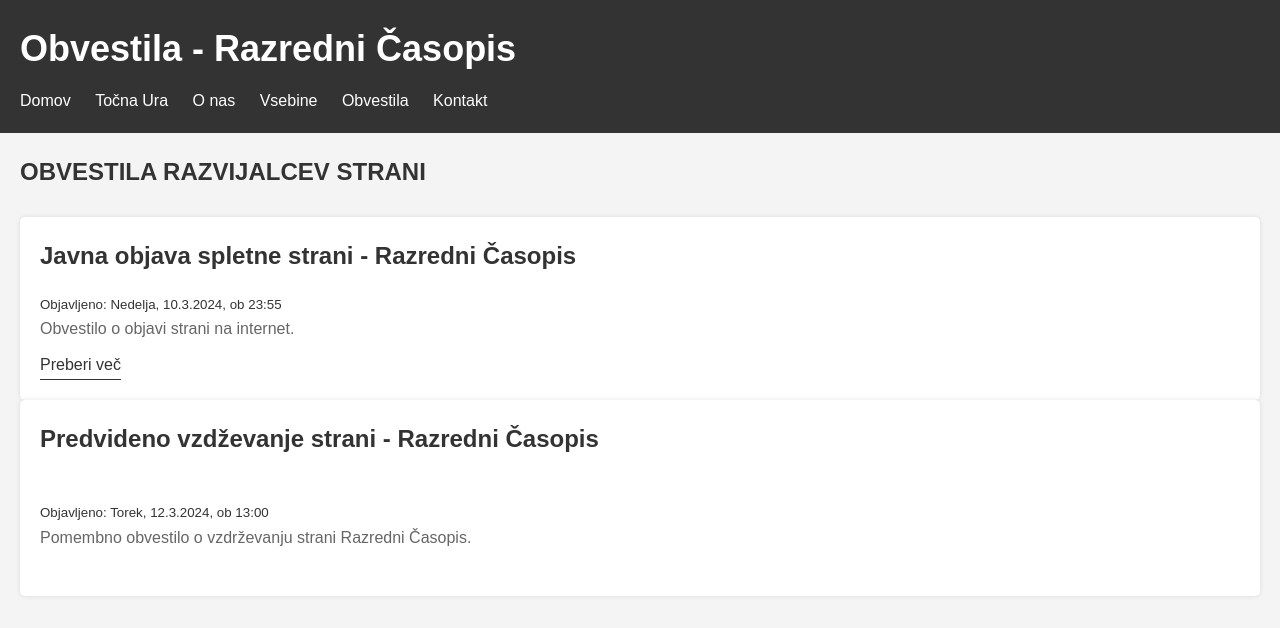
Repository: razrednicasopis/razrednicasopis.github.io
Page: Resources/obvestila.html
These files come from the project's save history. The page is drawn as it stood at one moment and after the next save; the edit follows.
The browser window is 1280 px wide. The pictures show the whole page.

Above is the page before, as saved 2024-03-12 13:00:17.
Console error: ReferenceError: maintenanceMode is not defined

### Resources/obvestila.html
<!DOCTYPE html>
    <html lang="eu">
        <head>
            <meta charset="UTF-8">
            <meta name="viewport" content="width=device-width, initial-scale=1.0">
            <title>Obvestila</title>
            <link rel="stylesheet" href="styless.css">
            <link rel="stylesheet" href="system.css">
        </head>
            <body>


              <div class="blur-container">
                <div id="vrstica">
                    <header>
                      <h1>Obvestila - Razredni Časopis</h1>
                      <nav>
                        <ul>
                          <li><a href="index.html">Domov</a></li>
                          <li><a href="ura.html">Točna Ura</a></li>
                          <li><a href="o-nas.html">O nas</a></li>
                          <li><a href="vsebine.html">Vsebine </a></li>
                          <li><a href="#">Obvestila</a></li>
                          <li><a href="#" class="showPopupLink">Kontakt</a></li>
                        </ul>
                      </nav>
                    </header>
                    </div>



        <main>
          <section class="obvestilnatabla">
            <h1>OBVESTILA RAZVIJALCEV STRANI</h1><br>
              <article>
                <h2>Javna objava spletne strani - Razredni Časopis</h2>
                <small>Objavljeno: Nedelja, 10.3.2024, ob 23:55</small>
                <p>Obvestilo o objavi strani na internet.</p>
                <a href="obvestilo1.html">Preberi več</a>
              </article>
                <p>
                  <article>
                    <h2>Predvideno vzdževanje strani - Razredni Časopis</h2><br>
                    <small>Objavljeno: Torek, 12.3.2024, ob 13:00</small>
                    <p>Pomembno obvestilo o vzdrževanju strani Razredni Časopis.</p>
                    <a href="obvestilo2.html"></a>
                  </article>
                </p>
          </section>
        </main>
      </div>


<!--Pop-ups and other HTML-->
<div id="popupContainer">
  <div id="overlay"></div>
  <div id="popupContent">
      <h1><b>NEDOSEGLJIVE VSEBINE</b></h1>
      <p>Te vsebine bodo na voljo v naslednjih verzijah strani.</p>
      <p>Obiščite <a href="obvestila.html">obvestila</a> za več novic.</p>
      <br>
      <button id="closePopupBtn">V redu</button>
  </div>
</div>

<div id="maintenancePopup">
  <div id="maintenancePopupContent">
    <h1>POVEZAVA IZGUBLJENA</h1>
    <p>Povezava z strežnikom izgubljena zaradi vzdrževanja strani. Prosimo osvežite stran.</p>
    <button id="closeMaintenancePopupBtn">Osveži</button>
  </div>
</div>

          <script src="alerts.js"></script>
          <script src="maintenancemode.js"></script>

            </body>
    </html>

### Resources/styless.css
* {
  margin: 0;
  padding: 0;
  box-sizing: border-box;
}

/* Globalni slogi */
body {
  font-family: Arial, sans-serif;
  line-height: 1.6;
  background-color: #f4f4f4;
  color: #333;
  margin: 0;
  padding: 0;
  max-height: 100vh;
}


.container {
    text-align: center;
    margin-top: 50px;
}

.border-box {
    display: inline-block;
    padding: 200px;
    width: 550px;
    height: 500px;
    border: 5px solid #333; /* Set your desired border color */
    border-radius: 30px; /* Set the border radius for slightly curved corners */
    background-color: #333; /* Set your desired background color inside the border */
}

header {
  background: #333;
  color: #fff;
  padding: 20px;
}

header h1 {
  margin-bottom: 10px;
  font-size: 36px;
}

nav ul {
  list-style: none;
}

nav ul li {
  display: inline;
  margin-right: 20px;
}

nav ul li a {
  color: #fff;
  text-decoration: none;
}

main {
  padding: 20px;
}

section {
  margin-bottom: 30px;
}

section h2 {
  margin-bottom: 15px;
}

article {
  background: #fff;
  padding: 20px;
  border-radius: 5px;
  box-shadow: 0 0 5px rgba(0, 0, 0, 0.1);
}

article h3 {
  margin-bottom: 10px;
}

article p {
  color: #666;
}

article a {
  display: inline-block;
  margin-top: 10px;
  text-decoration: none;
  color: #333;
  border-bottom: 1px solid #333;
  padding-bottom: 2px;
}

article a:hover {
  color: #000;
  border-color: #000;
}



footer {
  text-align: center;
  padding: 30px;
  background-color: #333;
  color: #fff;
  position: absolute;
  bottom: auto;
  width: 100%;
  text-align: center;
}

### Resources/system.css
/* Koda za "Coming Soon" pop-up */

#popupContainer {
    display: none;
    position: fixed;
    top: 50%;
    left: 50%;
    transform: translate(-50%, -50%);
    background-color: #ffffff;
    box-shadow: 0 4px 8px rgba(0, 0, 0, 0.1);
    padding: 20px;
    border-radius: 10px;
    text-align: center;
    z-index: top;
  }

  #popupContent {
    max-width: 400px;
    margin: 0 auto;
  }

  #closePopupBtn {
    background-color: #3498db;
    color: #ffffff;
    padding: 10px 15px;
    border: none;
    border-radius: 5px;
    cursor: pointer;
  }

  #closePopupBtn:hover {
      background-color: #4da8e1;
  }

  #showPopupLink {
    display: inline-block;
    padding: 10px 15px;
    color: #ffffff;
    text-decoration: none;
    border-radius: 5px;
    cursor: pointer;
  }

body.popup-open {
   overflow: hidden;
}

.popup-open .blur-container {
  filter: blur(5px); /* Apply blur effect only when popup is open */
  pointer-events: none;
}

#maintenancePopup {
  display: none;
  position: fixed;
  top: 50%;
  left: 50%;
  transform: translate(-50%, -50%);
  background-color: #ffffff;
  box-shadow: 0 4px 8px rgba(0, 0, 0, 0.1);
  padding: 20px;
  border-radius: 10px;
  text-align: center;
  z-index: 999;
}

#maintenancePopupContent {
  max-width: 400px;
  margin: 0 auto;
}

#closeMaintenancePopupBtn {
  background-color: #3498db;
  color: #ffffff;
  padding: 10px 15px;
  border: none;
  border-radius: 5px;
  cursor: pointer;
  margin-top: 20px;
}

#closeMaintenancePopupBtn:hover {
  background-color: #4da8e1;
}

/* Koda za "Kontakt" obrazec */

#contactform {
    align-self: center;
    }

    .formcontainer {
      text-align: center;
      margin-top: 50px;
      display: flex;
      justify-content: center;
      align-items: flex-start; /* Align items at the top */
  }

  .border-box {
      display: inline-block;
      padding: 20px;
      width: 550px;
      height: 500px;
      border: 5px solid #333; /* Set your desired border color */
      border-radius: 30px; /* Set the border radius for slightly curved corners */
      background-color: #333; /* Set your desired background color inside the border */
  }

  form input,
form textarea {
    width: calc(100% - 40px); /* Adjusted width with a bit of padding on each side */
    padding: 10px; /* Increased padding for better readability */
    margin-bottom: 5px; /* Increased spacing between input areas */
    margin-top: 25px; /* Move input areas slightly lower */
    height: 40px; /* Increased height to make input areas bigger */
}

form select{
width: calc(100% - 40px); /* Adjusted width with a bit of padding on each side */
padding: 10px; /* Increased padding for better readability */
margin-bottom: 5px;
margin-top: 20px; /* Move input areas slightly lower */
height: 40px; /* Height of input areas */
border: 1px solid #ccc; /* Border style */
border-radius: 5px; /* Border radius */
font-size: 16px; /* Font size */
}

form textarea {
  height: 120px;
}

/* Form Submit Button Styles */

/* Your existing CSS code */
/* Koda za "Coming Soon" pop-up */

#popupContainer {
  display: none;
  position: fixed;
  top: 50%;
  left: 50%;
  transform: translate(-50%, -50%);
  background-color: #ffffff;
  box-shadow: 0 4px 8px rgba(0, 0, 0, 0.1);
  padding: 20px;
  border-radius: 10px;
  text-align: center;
  z-index: top;
}


#popupContent {
  max-width: 400px;
  margin: 0 auto;
}

#closePopupBtn {
  background-color: #3498db;
  color: #ffffff;
  padding: 10px 15px;
  border: none;
  border-radius: 5px;
  cursor: pointer;
}

#closePopupBtn:hover {
    background-color: #4da8e1;
}

#showPopupLink {
  display: inline-block;
  padding: 10px 15px;
  color: #ffffff;
  text-decoration: none;
  border-radius: 5px;
  cursor: pointer;
}

body.popup-open {
 overflow: hidden;
}

body.blur {
filter: blur(5px);
pointer-events: none;
z-index: 1;
}

/* Koda za "Kontakt" obrazec */

#contactform {
  align-self: center;
}

.formcontainer {
  text-align: center;
  margin-top: 50px;
  display: flex;
  justify-content: center;
  align-items: flex-start; /* Align items at the top */
}

.border-box {
  display: inline-block;
  padding: 20px;
  width: 550px;
  height: 500px;
  border: 5px solid #333; /* Set your desired border color */
  border-radius: 30px; /* Set the border radius for slightly curved corners */
  background-color: #333; /* Set your desired background color inside the border */
}

form input,
form textarea {
  width: calc(100% - 40px); /* Adjusted width with a bit of padding on each side */
  padding: 10px; /* Increased padding for better readability */
  margin-bottom: 5px; /* Increased spacing between input areas */
  margin-top: 25px; /* Move input areas slightly lower */
  height: 40px; /* Increased height to make input areas bigger */
}

form select{
width: calc(100% - 40px); /* Adjusted width with a bit of padding on each side */
padding: 10px; /* Increased padding for better readability */
margin-bottom: 5px;
margin-top: 20px; /* Move input areas slightly lower */
height: 40px; /* Height of input areas */
border: 1px solid #ccc; /* Border style */
border-radius: 5px; /* Border radius */
font-size: 16px; /* Font size */
}

form textarea {
height: 120px;
}

/* Combined CSS for Blob Button */

*, *:before, *:after {
  box-sizing: border-box;
  margin: 0;
  padding: 0;
}

.buttons {
  margin-top: 2 0px;
  text-align: center;
  border-radius: 30px;
}

.blob-btn {
  z-index: 1;
  position: relative;
  padding: 20px 150px;
  margin-bottom: 40px;
  margin-top: 10px;
  text-align: center;
  text-transform: uppercase;
  color: #0505A9;
  font-size: 16px;
  font-weight: bold;
  background-color: transparent;
  outline: none;
  border: none;
  transition: color 0.5s;
  cursor: pointer;
  border-radius: 30px;
}
.blob-btn:before {
  content: "";
  z-index: 1;
  position: absolute;
  left: 0;
  top: 0;
  width: 100%;
  height: 100%;
  border: 2px solid #0505A9;
  border-radius: 30px;
}
.blob-btn:after {
  content: "";
  z-index: -2;
  position: absolute;
  left: 3px;
  top: 3px;
  width: 100%;
  height: 100%;
  transition: all 0.3s 0.2s;
  border-radius: 30px;
}
.blob-btn:hover {
  color: #FFFFFF;
  border-radius: 30px;
}
.blob-btn:hover:after {
  transition: all 0.3s;
  left: 0;
  top: 0;
  border-radius: 30px;
}
.blob-btn__inner {
  z-index: -1;
  overflow: hidden;
  position: absolute;
  left: 0;
  top: 0;
  width: 100%;
  height: 100%;
  border-radius: 30px;
  background: #ffffff;
}
.blob-btn__blobs {
  position: relative;
  display: block;
  height: 100%;
  filter: url("#goo");
}
.blob-btn__blob {
  position: absolute;
  top: 2px;
  width: 30%;
  height: 100%;
  background: #0505A9;
  border-radius: 100%;
  transform: translate3d(0, 150%, 0) scale(1.7);
  transition: transform 0.45s;
}
@supports (filter: url("#goo")) {
  .blob-btn__blob {
    transform: translate3d(0, 150%, 0) scale(1.4);
  }
}
.blob-btn__blob:nth-child(1) {
  left: 0%;
  transition-delay: 0s;
}
.blob-btn__blob:nth-child(2) {
  left: 30%;
  transition-delay: 0.08s;
}
.blob-btn__blob:nth-child(3) {
  left: 60%;
  transition-delay: 0.16s;
}
.blob-btn__blob:nth-child(4) {
  left: 90%;
  transition-delay: 0.24s;
}
.blob-btn:hover .blob-btn__blob {
  transform: translateZ(0) scale(1.7);
}

/* Define the keyframes for the pulse effect */
@keyframes pulse {
  0% {
    box-shadow: 0 0 0 0 rgba(255, 255, 255, 0.7); /* Initial box shadow color, adjust to match button color */
  }
  50% {
    box-shadow: 0 0 0 20px rgba(255, 255, 255, 0); /* Intermediate box shadow color */
  }
  100% {
    box-shadow: 0 0 0 0 rgba(255, 255, 255, 0); /* Final box shadow color */
  }
}

/* Apply the animation to the button when it's clicked or focused */
.blob-btn:active, .blob-btn:focus {
  animation: pulse 0.3s ease-in-out; /* Adjust the duration to control the pulse speed */
}

@supports (filter: url("#goo")) {
  .blob-btn:hover .blob-btn__blob {
    transform: translateZ(0) scale(1.5);
  }
}

/* CSS za uro */

.clock {
  margin-top: 6cm;
  text-align: center;
  font-size: 3em;
}

/*CSS za vse stranske nav skupine razen za glavno */

.seznamvsebin {
  display: inline-block;
  vertical-align: bottom;
  width: calc(20% - 4px); /* Adjust width to accommodate border */
  box-sizing: border-box;
  margin: 40px;
  border: 3px solid #000; /* Border thickness */
  height: 750px; /* Set desired height */
  /* Additional styling for seznamvsebin if needed */
  background-color: #f2f2f2;

}

.seznamvsebin nav {
    justify-content: center;
    padding: 30px;

}

.seznamvsebin nav a {
      display: inline-block;
      padding: 5px 10px;
      color: #000000;
      text-align: center;
      text-decoration: none;
      margin-bottom: 5px;
      border: 2px, transparent;
      border-radius: 5px;
      transition: linear, border 0.1s linear;
      font-weight: bold;
}


.seznamvsebin nav a:hover {
    background-color: #e0e0e0;
    border: 2px solid #000000
}

.NoviceContent {
  float: right; /* Align to the right */
  width: calc(80% - 250px); /* Adjusted width */
  box-sizing: border-box;
  margin-top: 100px;
}

.NoviceContent p {
  margin-bottom: 20px;
}

#dynamicText {
  float: right; /* Align to the right */
  width: calc(89% - 250px); /* Adjusted width */
  box-sizing: border-box;
  margin-top: 90px;
}

#dynamicText article {
  width: 99%;
}

/* Pravila Obrazca CSS */

.pravilaobrazca {
  height: 630px;
}

.pravilaobrazca_opozorilo {
  margin-top: 275px; /* Keeps this div at the bottom */
  color: #666; /* Change text color if desired */
}

/* Random CSS */

/* CSS for the admin credits list */

.creditscontainer {
  display: flex;
  flex-wrap: wrap;
}

.creditslist {
  flex: 1;
  margin: 10px;
  padding: 0;
  list-style-type: none;
}

.creditslist li {
  margin-bottom: 5px;
}

.adminlist article {
  min-height: 225px;
}

/* Članki CSS */

.člankimargin {
  margin-top: 20px;
}

.člankimargin article {
  width: 99%;
  margin-left: 10px;
  height: 20.5cm;
}

.člankitext {
  margin-bottom: 75px;
  font-size: 25px;
}

.člankitext2 {
  font-size: 14.5px;
}

.člankitext3 {
  font-size: 18px;
}

#vitin_spis {
  font-size: 20px;
}

#grinchtext {
  font-size: 20px;
}

#grinchimg img {
  width: 20%;
  height: 20%
}

/* CSS za mediji.html */

.shrambaslik {
  float: right; /* Align to the right */
  width: calc(89% - 250px); /* Adjusted width */
  box-sizing: border-box;
  margin-top: 90px;
}

.shrambaslik img[id="1"] {
  width: 25%;
  height: 25%;
}

.shrambaslik img[id="2"] {
  width: 10%;
  height: 5%;
  margin-left: 2%;
}

### Resources/alerts.js
 document.addEventListener('DOMContentLoaded', function () {
        document.querySelectorAll('.showPopupLink').forEach(function (link) {
            link.addEventListener('click', function (event) {
                event.preventDefault();
                document.getElementById('popupContainer').style.display = 'block';
                document.body.classList.add('popup-open');
            });
        });

        document.getElementById('closePopupBtn').addEventListener('click', function () {
            document.getElementById('popupContainer').style.display = 'none';
            document.body.classList.remove('popup-open');
        });
    });

    //Maintenance mode pop-up

    document.addEventListener('DOMContentLoaded', function ()  {
        function toggleMaintenancePopup(show) {
            var maintenancePopup = document.getElementById('maintenancePopup');
            if (maintenancePopup) {
                maintenancePopup.style.display = show ? 'block' : 'none';
                document.body.classList.toggle('popup-open', show);
                console.log(Error);
            }
        }


    function checkMaintenanceStatus() {
        setInterval(function () {


            toggleMaintenancePopup(maintenanceMode);

        }, 1000);
    }

    document.getElementById('closeMaintenancePopupBtn').addEventListener('click', function ()  {
        location.reload();
    });

    checkMaintenanceStatus();
});

Loaded but not shown: Resources/maintenancemode.js (no stored copy; drawn as an empty file)

After the next save:
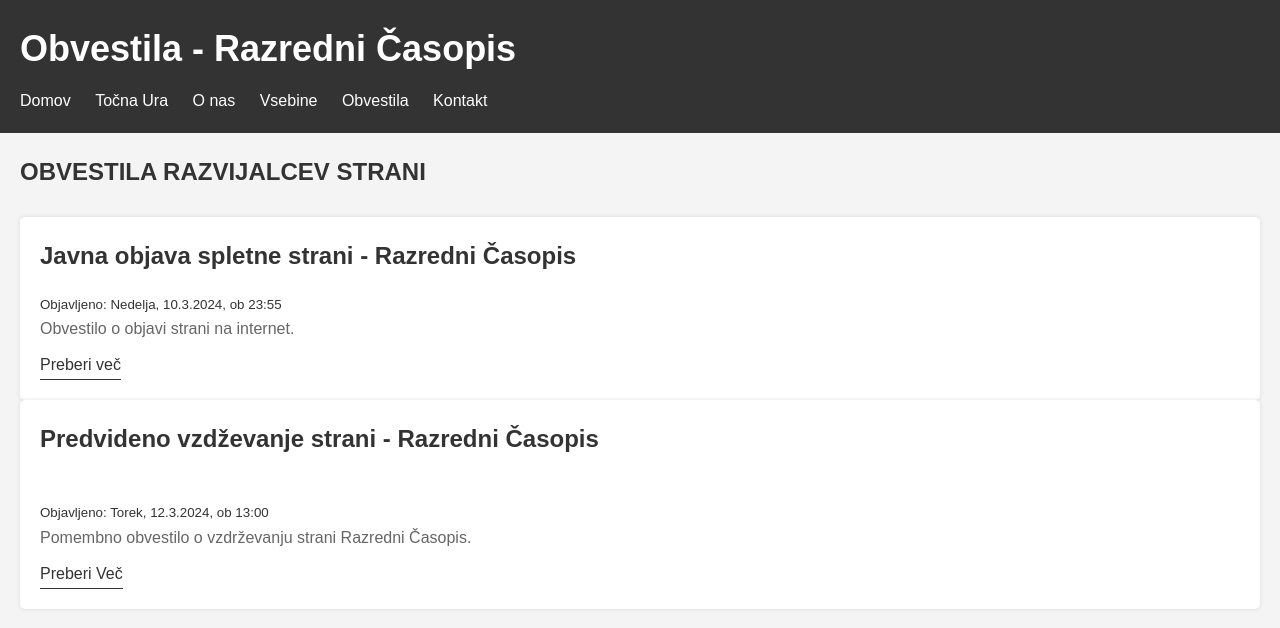
Saved 6 s later.
--- a/Resources/obvestila.html
+++ b/Resources/obvestila.html
@@ -43,7 +43,7 @@
                     <h2>Predvideno vzdževanje strani - Razredni Časopis</h2><br>
                     <small>Objavljeno: Torek, 12.3.2024, ob 13:00</small>
                     <p>Pomembno obvestilo o vzdrževanju strani Razredni Časopis.</p>
-                    <a href="obvestilo2.html"></a>
+                    <a href="obvestilo2.html">Preberi Več</a>
                   </article>
                 </p>
           </section>
